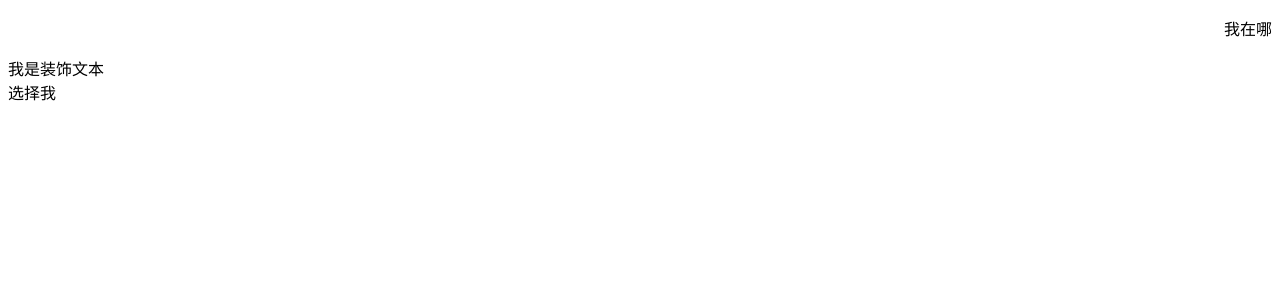
Repository: Qwenicq/My_project
Page: html/CSS_Learnin/04_text.html
An editor plug-in stored every save of this project. The page is shown before and after the next save, followed by the edit.
The browser window is 1280 px wide. The pictures show the whole page.

Above is the page before, as saved 2023-03-30 22:18:02.

After the next save:
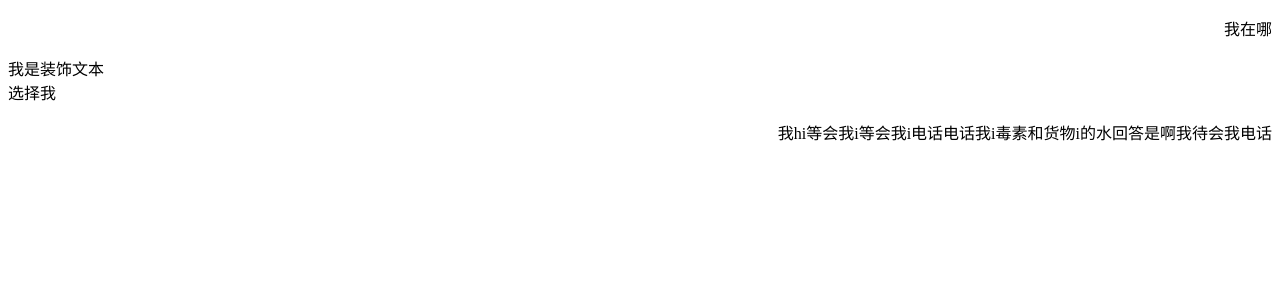
Saved 97 s later.
--- a/html/CSS_Learnin/04_text.html
+++ b/html/CSS_Learnin/04_text.html
@@ -24,5 +24,6 @@
     <p>我在哪</p>
     <div>我是装饰文本</div>
     <a href="#">选择我</a>
+    <p>我hi等会我i等会我i电话电话我i毒素和货物i的水回答是啊我待会我电话</p>
 </body>
 </html>
